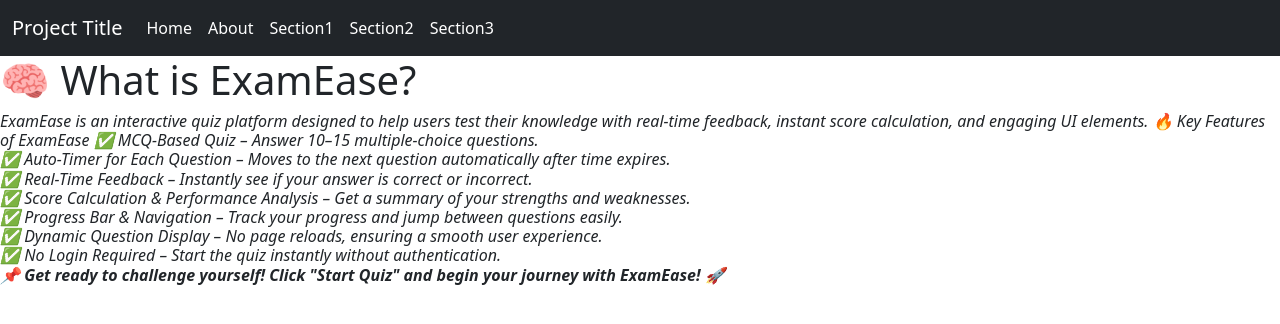
Repository: rahul-chakradhari/devquest
Page: /about (app in project/)
These files come from the project's save history. The page is drawn as it stood at one moment and after the next save; the edit follows.
The browser window is 1280 px wide. The pictures show the whole page.
The project was rebuilt for these pictures with package versions that can differ from the ones it lists, and the page was loaded fresh each time. Also part of the build but not shown: project/vite.config.js, project/src/components/Home.jsx, project/src/components/Section1.jsx, project/src/components/Section2.jsx, project/src/components/Section3.jsx, project/src/index.css.

Above is the page before, as saved 2025-02-23 13:02:21.

### project/index.html
<!DOCTYPE html>
<html lang="en">
  <head>
    <meta charset="UTF-8" />
    <link rel="icon" type="image/svg+xml" href="/vite.svg" />
    <meta name="viewport" content="width=device-width, initial-scale=1.0" />
    <title>Project</title>
    <link
      href="https://cdn.jsdelivr.net/npm/bootstrap@5.3.3/dist/css/bootstrap.min.css"
      rel="stylesheet"
      integrity="sha384-QWTKZyjpPEjISv5WaRU9OFeRpok6YctnYmDr5pNlyT2bRjXh0JMhjY6hW+ALEwIH"
      crossorigin="anonymous"
    />
  </head>
  <body>
    <div id="root"></div>
    <script type="module" src="/src/main.jsx"></script>
    <script
      src="https://cdn.jsdelivr.net/npm/bootstrap@5.3.3/dist/js/bootstrap.bundle.min.js"
      integrity="sha384-YvpcrYf0tY3lHB60NNkmXc5s9fDVZLESaAA55NDzOxhy9GkcIdslK1eN7N6jIeHz"
      crossorigin="anonymous"
    ></script>
  </body>
</html>

### project/src/App.jsx
import { useState } from "react";
import "./App.css";
import React from "react";
import { BrowserRouter as Router, Routes, Route } from "react-router-dom";
import Navbar from "./components/Navbar";
import Home from "./components/Home";
import About from "./components/About";
import Section1 from "./components/Section1";
import Section2 from "./components/Section2";
import Section3 from "./components/Section3";

function App() {
  const [count, setCount] = useState(0);

  return (
    <>
      <Router>
        <Navbar />
        <Routes>
          <Route path="/about" element={<About />} />
          <Route path="/" element={<Home />} />
          <Route path="/section1" element={<Section1 />} />
          <Route path="/section2" element={<Section2 />} />
          <Route path="/section3" element={<Section3 />} />
        </Routes>
      </Router>
    </>
  );
}

export default App;

### project/src/components/Navbar.jsx
import React from "react";
import { Link, useNavigate } from "react-router-dom";

const Navbar = () => {
  const navigate = useNavigate();
  const isLoggedIn = localStorage.getItem("token"); // Check if token exists

  const handleLogout = () => {
    localStorage.removeItem("token");
    navigate("/login");
  };

  return (
    <div>
      <nav className="navbar navbar-expand-lg navbar-dark bg-dark">
        <div className="container-fluid">
          <a className="navbar-brand" href="#">
            Project Title
          </a>
          <button
            className="navbar-toggler"
            type="button"
            data-bs-toggle="collapse"
            data-bs-target="#navbarSupportedContent"
            aria-controls="navbarSupportedContent"
            aria-expanded="false"
            aria-label="Toggle navigation"
          >
            <span className="navbar-toggler-icon"></span>
          </button>
          <div className="collapse navbar-collapse" id="navbarSupportedContent">
            <ul className="navbar-nav me-auto mb-2 mb-lg-0">
              <li className="nav-item">
                <Link className="nav-link active" aria-current="page" to="/">
                  Home
                </Link>
              </li>
              <li className="nav-item">
                <Link
                  className="nav-link active"
                  aria-current="page"
                  to="/about"
                >
                  About
                </Link>
              </li>
              <li className="nav-item">
                <Link
                  className="nav-link active"
                  aria-current="page"
                  to="/section1"
                >
                  Section1
                </Link>
              </li>
              <li className="nav-item">
                <Link
                  className="nav-link active"
                  aria-current="page"
                  to="/section2"
                >
                  Section2
                </Link>
              </li>
              <li className="nav-item">
                <Link
                  className="nav-link active"
                  aria-current="page"
                  to="/section3"
                >
                  Section3
                </Link>
              </li>
            </ul>
          </div>
        </div>
      </nav>
    </div>
  );
};

export default Navbar;

### project/src/components/About.jsx
import React from "react";

const About = () => {
  return (
    <div className="about">
      <h1>🧠 What is ExamEase? </h1>
      <h6>
        <i>
          ExamEase is an interactive quiz platform designed to help users test
          their knowledge with real-time feedback, instant score calculation,
          and engaging UI elements. 🔥 Key Features of ExamEase ✅ MCQ-Based
          Quiz – Answer 10–15 multiple-choice questions. <br /> ✅ Auto-Timer
          for Each Question – Moves to the next question automatically after
          time expires. <br />✅ Real-Time Feedback – Instantly see if your
          answer is correct or incorrect. <br /> ✅ Score Calculation &
          Performance Analysis – Get a summary of your strengths and weaknesses.{" "}
          <br /> ✅ Progress Bar & Navigation – Track your progress and jump
          between questions easily. <br /> ✅ Dynamic Question Display – No page
          reloads, ensuring a smooth user experience. <br /> ✅ No Login
          Required – Start the quiz instantly without authentication. <br />
          <b>
            {" "}
            📌 Get ready to challenge yourself! Click "Start Quiz" and begin
            your journey with ExamEase! 🚀
          </b>
        </i>
      </h6>
    </div>
  );
};

export default About;

### project/src/App.css
.right {
  width: 900px;
  height: 400px;
}
.stl,
.welcome {
  margin-left: 600px;
}
.left {
  font-size: 12px; /* Overall text size kam hoga */
}

.welcome {
  font-size: 18px; /* Heading ke liye */
}

.stl {
  font-size: 10px; /* Description text ke liye */
}
.welcome {
  margin-top: 2px;
}

Loaded but not shown: project/src/main.jsx (common file)

After the next save:
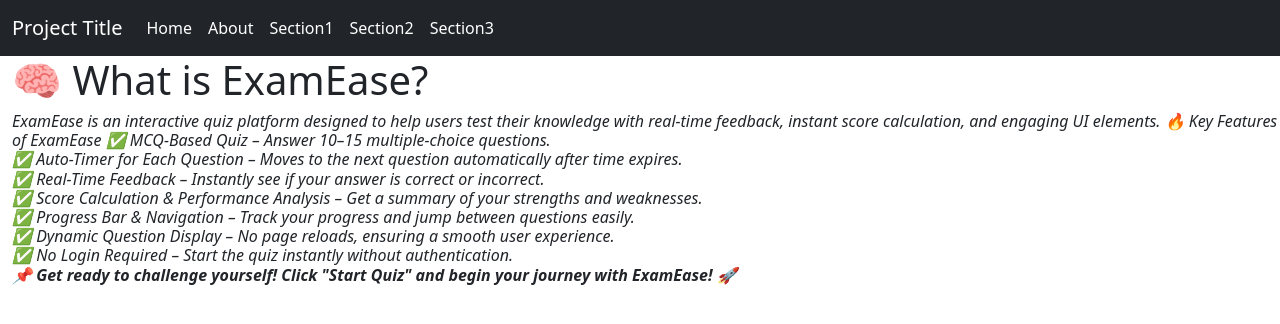
Saved 14 s later.
--- a/project/src/App.css
+++ b/project/src/App.css
@@ -20,3 +20,6 @@
 .welcome {
   margin-top: 2px;
 }
+.about {
+  margin-left: 12px;
+}
